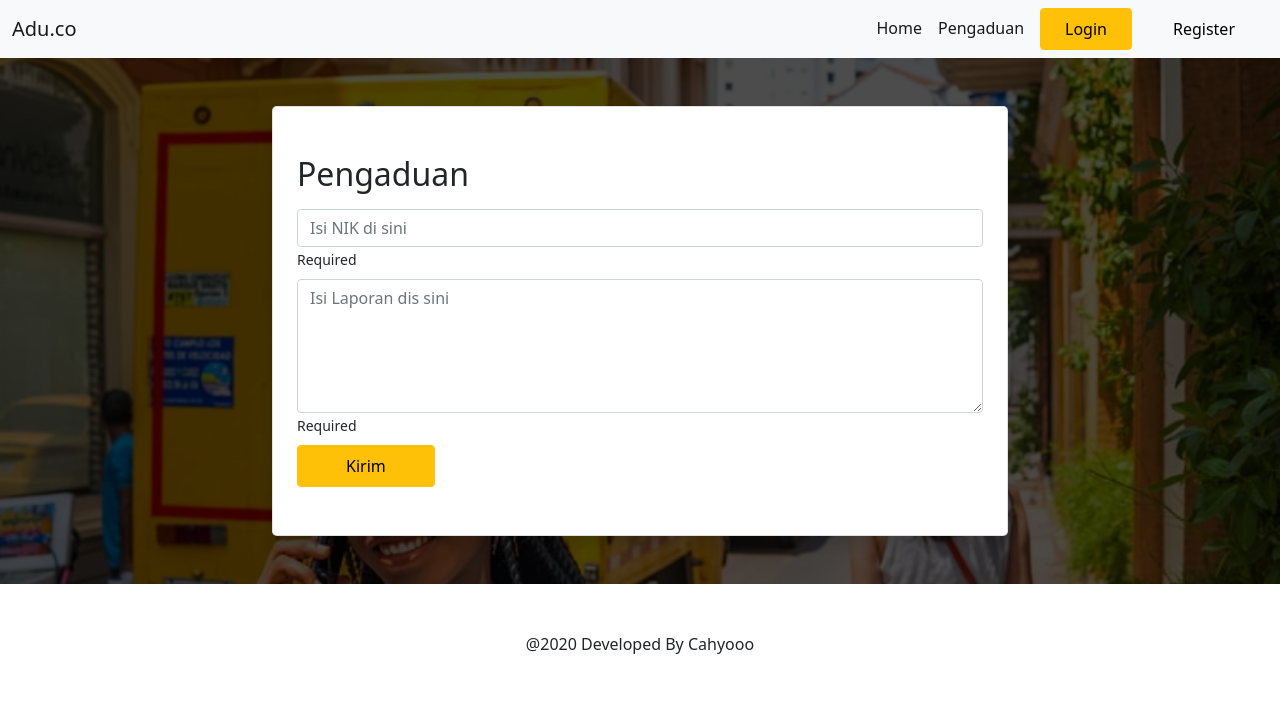
Repository: khulqu15/pengaduan2
Page: http://localhost/form/pengaduan
An editor plug-in stored every save of this project. The page is shown before and after the next save, followed by the edit.
The browser window is 1280 px wide. The pictures show the whole page.
Backgrounds fixed to the window are drawn as part of the page. The page is served by the project's Laravel application, run on PHP 8.4 with Laravel 8.

Above is the page before, as saved 2021-02-23 21:27:29.

After the next save:
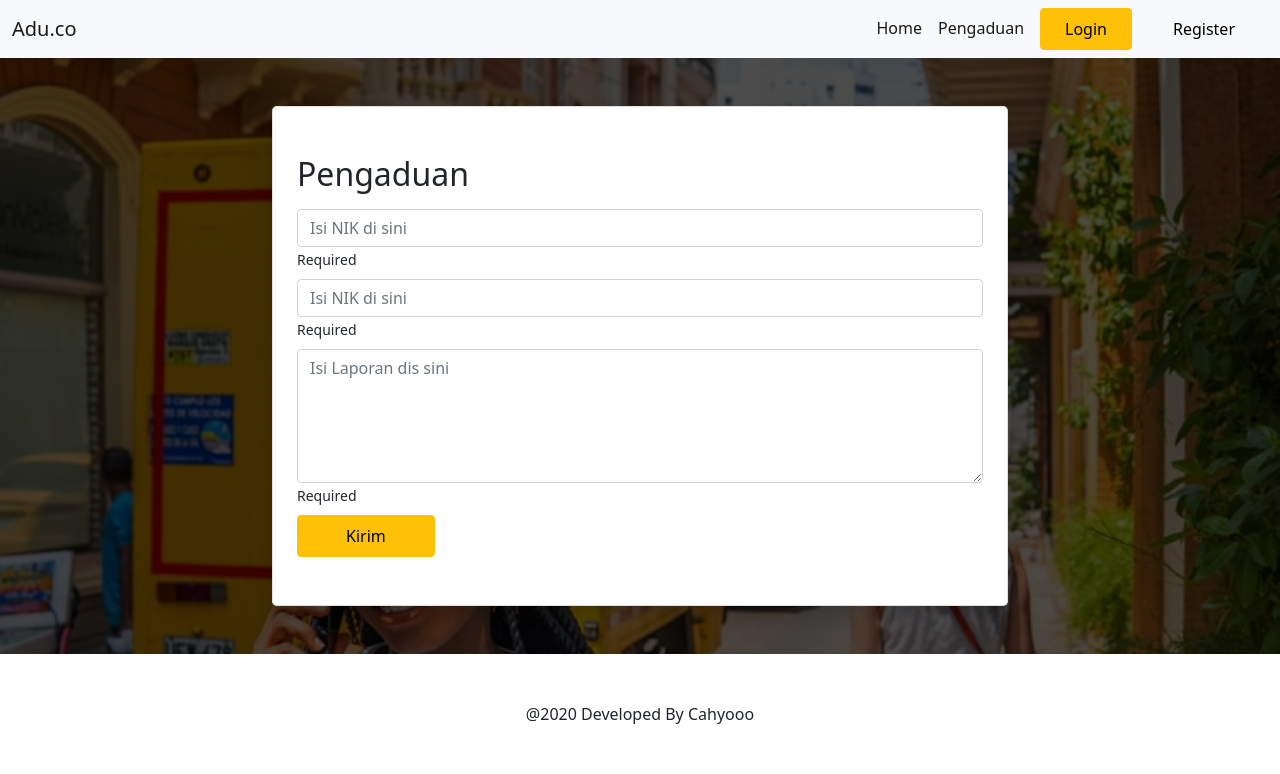
Saved 9 s later.
--- a/resources/views/pengaduan.blade.php
+++ b/resources/views/pengaduan.blade.php
@@ -17,6 +17,10 @@
                                 <small id="nik-feedback">Required</small>
                             </div>
                             <div class="form-group my-2">
+                                <input type="text" class="form-control" aria-describedby="nik-feedback" name="nik" id="nik" placeholder="Isi NIK di sini">
+                                <small id="nik-feedback">Required</small>
+                            </div>
+                            <div class="form-group my-2">
                                 <textarea type="text" rows="5" required aria-describedby="text-feedback" name="text" class="form-control" placeholder="Isi Laporan dis sini"></textarea>
                                 <small id="text-feedback">Required</small>
                             </div>
